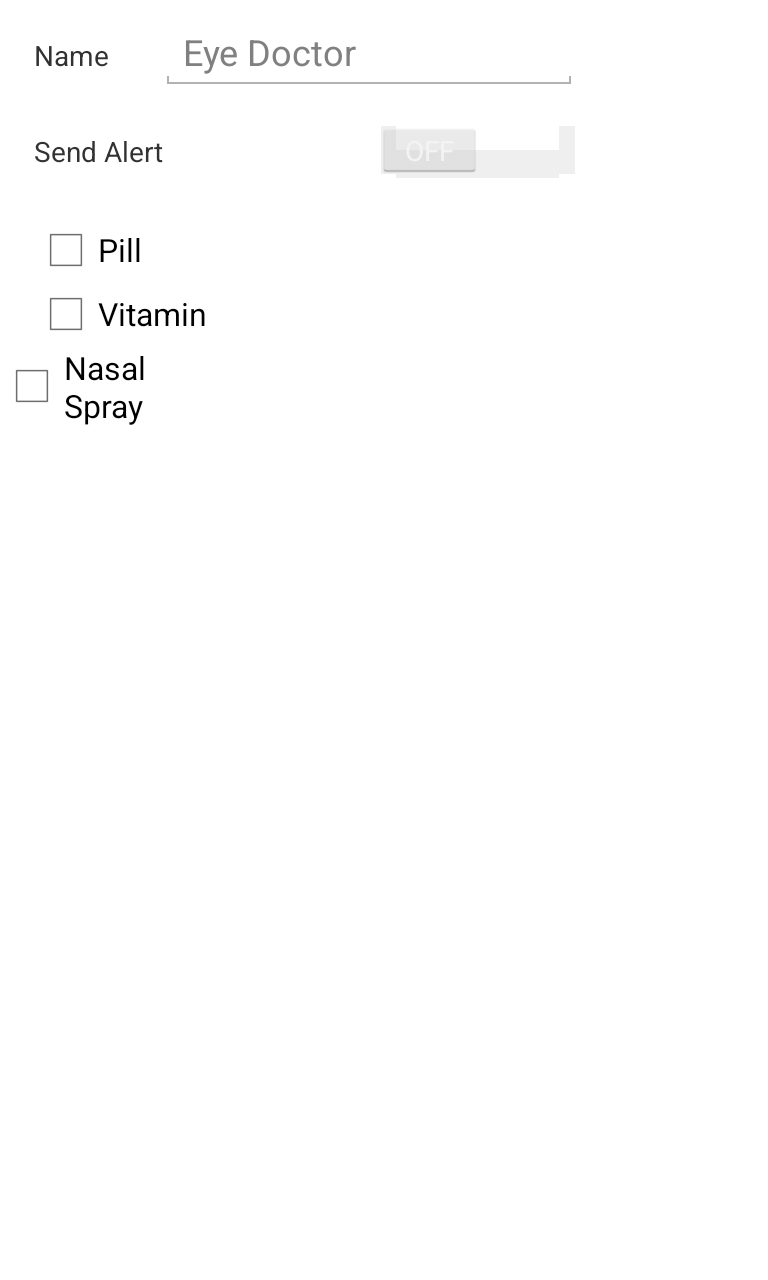
Repository: ranika/pilltracker
Layout: PillTracker/res/layout/fragment_doctor_edit.xml
The author's editor kept a copy of each file at every save. The layout is drawn from the files as they stood at one save, then again after the next save.
It is drawn on a 768 x 1280 px phone screen (xhdpi) without system bars, with theme AppTheme; the app's code is not run.

Above is the layout before, as saved 2014-04-10 05:47:59.

After the next save:
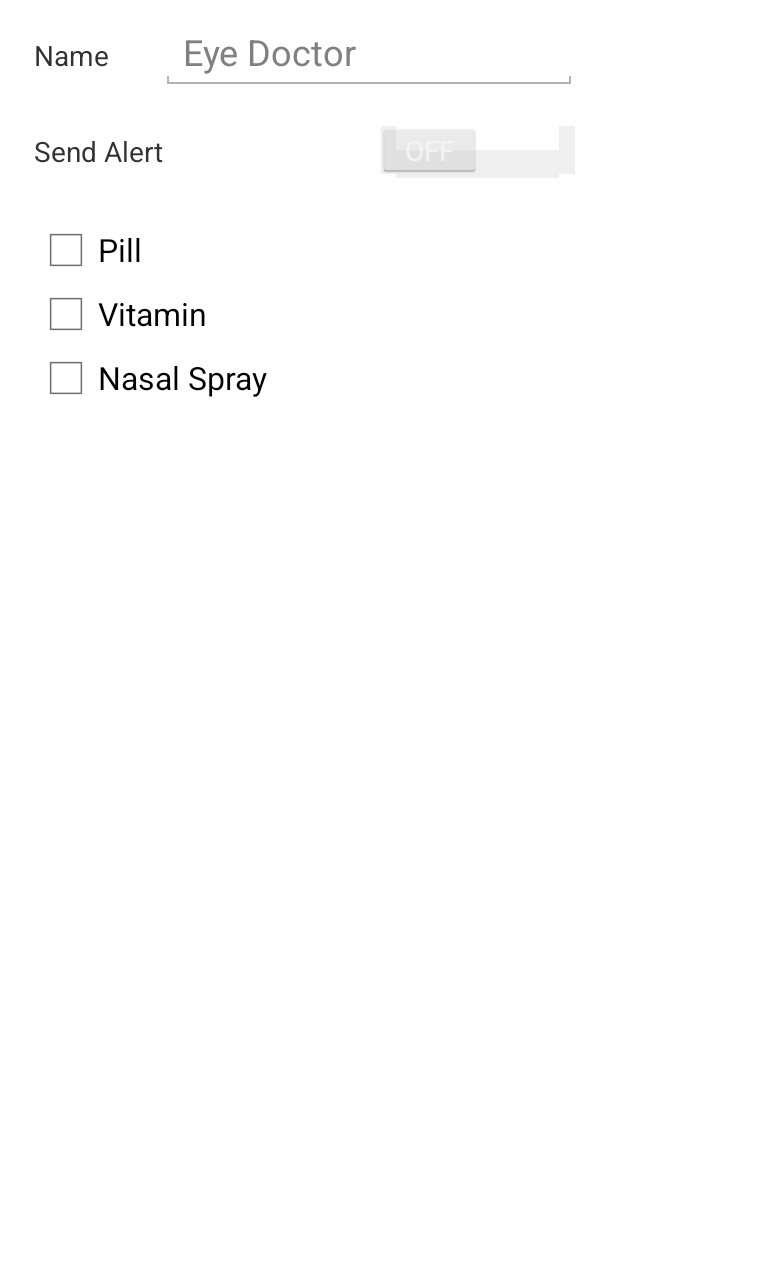
Saved 11 s later.
--- a/PillTracker/res/layout/fragment_doctor_edit.xml
+++ b/PillTracker/res/layout/fragment_doctor_edit.xml
@@ -62,7 +62,7 @@
         android:id="@+id/checkBox3"
         android:layout_width="wrap_content"
         android:layout_height="wrap_content"
-        android:layout_alignRight="@+id/checkBox2"
+        android:layout_alignLeft="@+id/checkBox2"
         android:layout_below="@+id/checkBox2"
         android:text="@string/nasal" />
 
